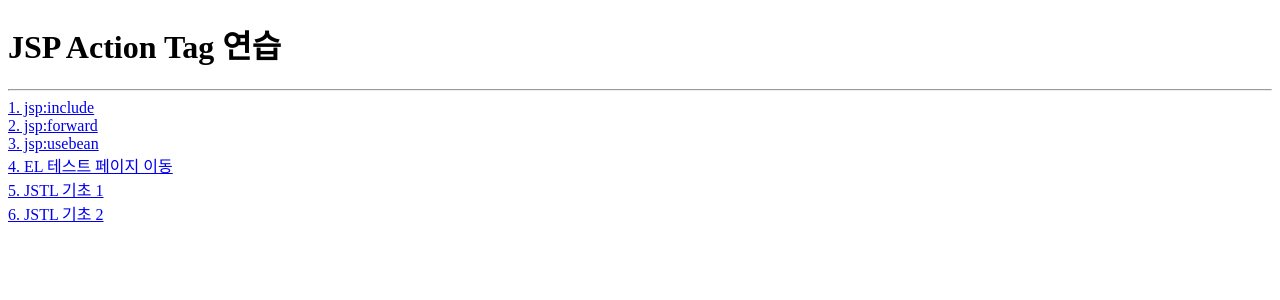
Repository: ajtwls1256/Web-workspace
Page: Day55-jspTag/WebContent/index.html
The author's editor kept a copy of each file at every save. The page is drawn from the files as they stood at one save, then again after the next save.
The browser window is 1280 px wide. The pictures show the whole page.

Above is the page before, as saved 2019-10-14 04:47:32.

### Day55-jspTag/WebContent/index.html
<!DOCTYPE html>
<html>
<head>
<meta charset="UTF-8">
<title>Insert title here</title>
</head>
<body>
	<h1> JSP Action Tag 연습</h1>
	<hr>
	<!-- context root 가 /jsp이므로 a태그와 같이 브라우저에서 읽어지는 태그에선 context root에 맞춰서 넣어준다. -->
	<a href="/jsp/actionTag/jsp_include.jsp">1. jsp:include</a><br>

	<a href="/jsp/actionTag/jsp_forward.jsp">2. jsp:forward</a><br>

	<a href="/jsp/actionTag/jsp_usebean.jsp">3. jsp:usebean</a><br>

	<a href="/jsp/EL/jsp_EL.html">4. EL 테스트 페이지 이동</a><br>

	<a href="/jsp/JSTL/jsp_JSTL_Basic1.jsp">5. JSTL 기초 1</a><br>

	<a href="/jsp/JSTL/jsp_JSTL_Basic2.jsp">6. JSTL 기초 2</a><br>
</body>
</html>

After the next save:
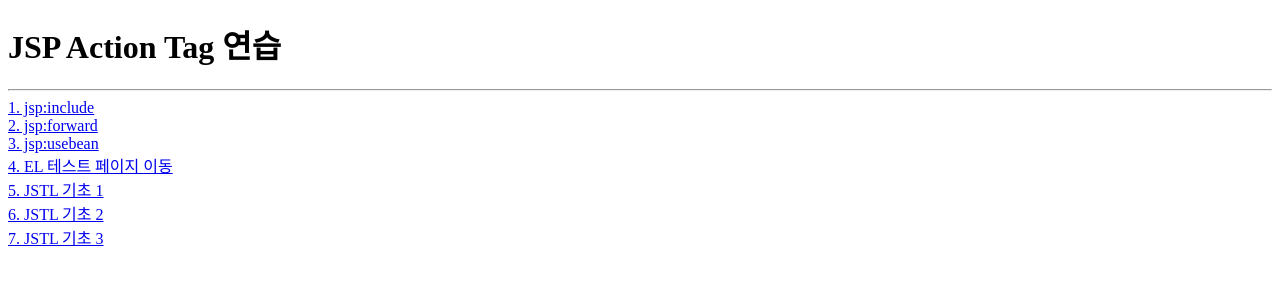
Saved 54 s later.
--- a/Day55-jspTag/WebContent/index.html
+++ b/Day55-jspTag/WebContent/index.html
@@ -19,5 +19,7 @@
 	<a href="/jsp/JSTL/jsp_JSTL_Basic1.jsp">5. JSTL 기초 1</a><br>
 
 	<a href="/jsp/JSTL/jsp_JSTL_Basic2.jsp">6. JSTL 기초 2</a><br>
+
+	<a href="/jsp/JSTL/jsp_JSTL_Basic3.jsp">7. JSTL 기초 3</a><br>
 </body>
 </html>
